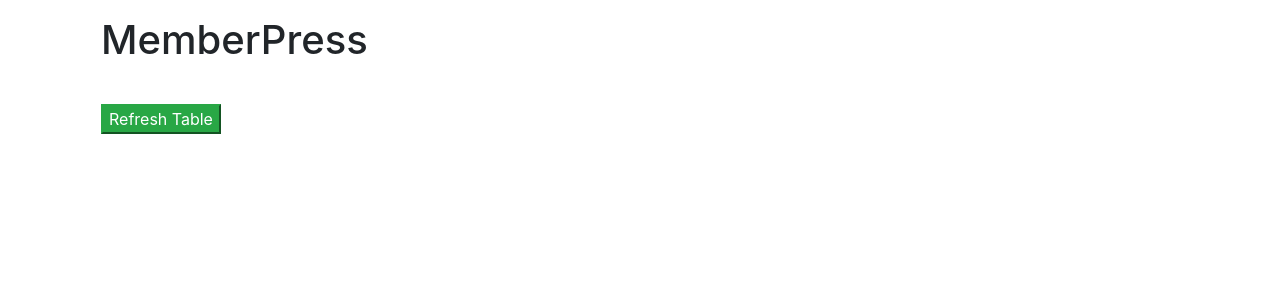
Repository: joeldelatte/JoelDelattemMemberPressChallenge
Page: public/index.html
The author's editor kept a copy of each file at every save. The page is drawn from the files as they stood at one save, then again after the next save.
The browser window is 1280 px wide. The pictures show the whole page.
The page's requests for data from a server got no answer. Some web libraries are served in a nearby version.

Above is the page before, as saved 2020-06-21 22:27:52.

After the next save:
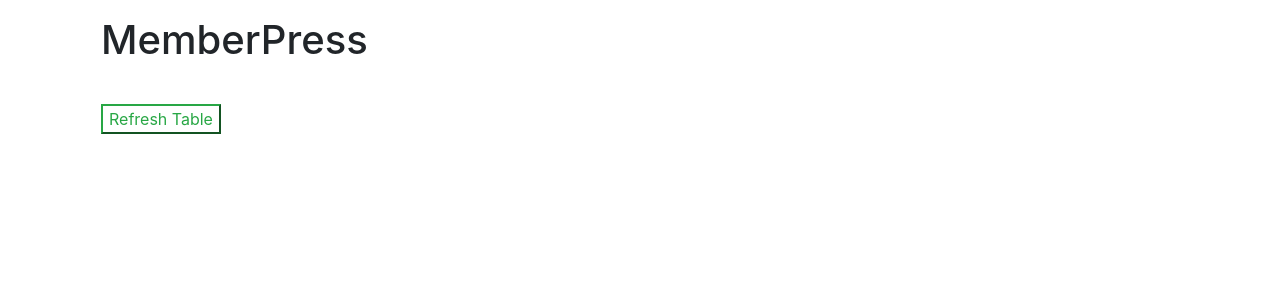
Saved 111 s later.
--- a/public/index.html
+++ b/public/index.html
@@ -13,7 +13,7 @@
   <body>
     <div class="container">
       <h1>MemberPress</h1>
-      <button class="btn-success" id="data-refresh" type="button">Refresh Table</button>
+      <button class="btn-outline-success" id="data-refresh" type="button">Refresh Table</button>
       <table class="table" style="width: 50%">
 
       </table>
